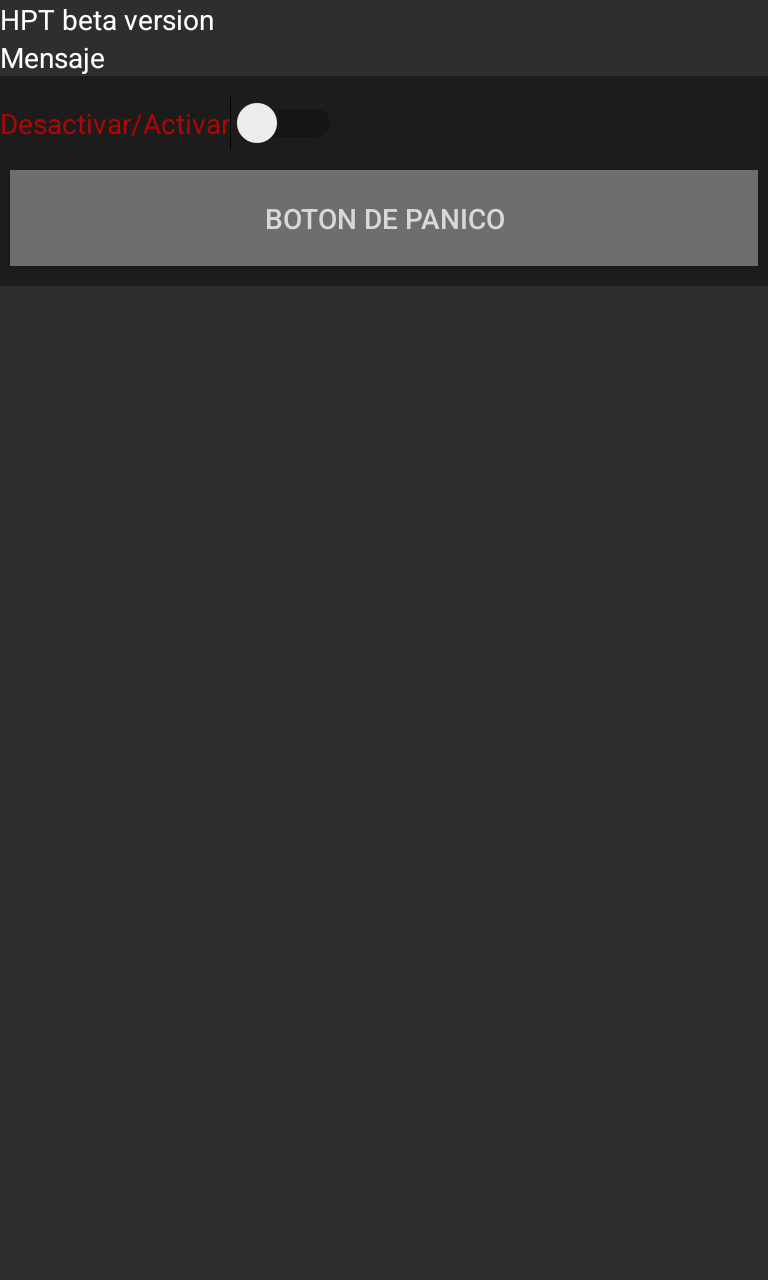
Repository: aludena18/android_apps
Layout: HunterPersonalTrack/res/layout/activity_main.xml
These files come from the project's save history. The layout is drawn as it stood at one moment and after the next save; the edit follows.
It is drawn on a 768 x 1280 px phone screen (xhdpi) without system bars, with theme AppTheme; the app's code is not run.

Above is the layout before, as saved 2015-10-16 19:54:40.

### HunterPersonalTrack/res/layout/activity_main.xml
<LinearLayout xmlns:android="http://schemas.android.com/apk/res/android"
    xmlns:tools="http://schemas.android.com/tools"
    android:layout_width="match_parent"
    android:layout_height="match_parent"
    android:orientation="vertical"
    android:background="#2E2E2E"
    tools:context="com.alg.hunterpersonaltrack.MainActivity" >

    <TextView
        android:layout_width="wrap_content"
        android:layout_height="wrap_content"
        android:textColor="#FFFFFF"
        android:text="@string/hello_world" />

    <TextView
        android:id="@+id/txvMensaje"
        android:layout_width="wrap_content"
        android:layout_height="wrap_content"
        android:textColor="#FFFFFF"
        android:text="@string/etqTxvMensaje" />

    <LinearLayout
        android:layout_width="match_parent"
        android:layout_height="wrap_content"
        android:orientation="vertical"
        android:background="#1C1C1C">

        <Switch
	        android:id="@+id/swtOnOff"
    	    android:layout_width="wrap_content"
        	android:layout_height="wrap_content"
        	android:layout_marginTop="10dp"
       		android:layout_marginBottom="10dp"
        	android:textColor="#B40404"
        	android:text="@string/etqSwtOnOff" />

	    <Button
    	    android:id="@+id/btnPanico"
        	android:layout_width="match_parent"
	        android:layout_height="wrap_content"
        	android:layout_marginLeft="5dp"
        	android:layout_marginRight="5dp"
        	android:layout_marginBottom="10dp"
        	android:background="#6E6E6E"
        	android:textColor="#D8D8D8"
        	android:text="@string/etqBtnPanico"/>

    </LinearLayout>



</LinearLayout>

### HunterPersonalTrack/res/values/strings.xml
<?xml version="1.0" encoding="utf-8"?>
<resources>

    <string name="app_name">Hunter Personal Track</string>
    <string name="hello_world">HPT beta version</string>
    <string name="action_settings">Settings</string>

    <string name="etqSwtOnOff">Desactivar/Activar</string>
    <string name="etqBtnPanico">Boton de Panico</string>
    <string name="etqTxvMensaje">Mensaje</string>

</resources>

Loaded but not shown: HunterPersonalTrack/res/values/styles.xml (common file); HunterPersonalTrack/res/values-v11/styles.xml (common file); HunterPersonalTrack/res/values-v14/styles.xml (common file)

After the next save:
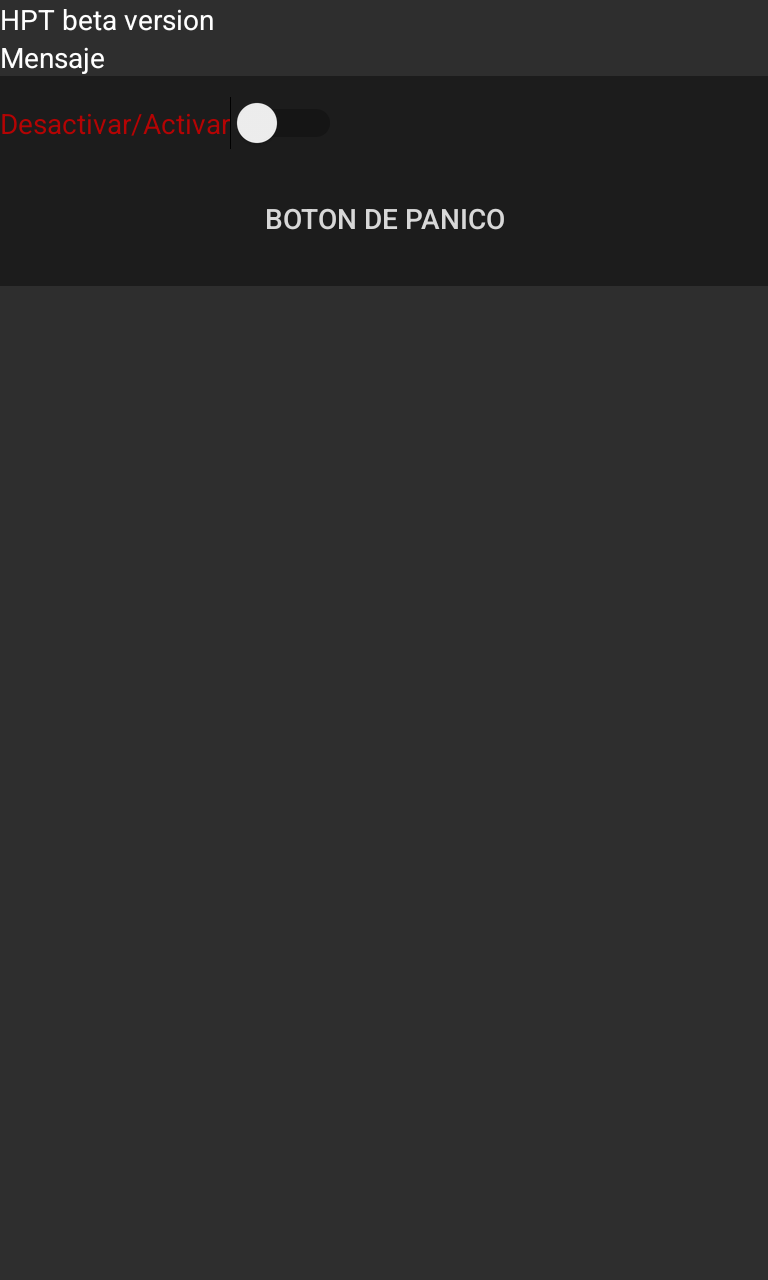
Saved 86 s later.
--- a/HunterPersonalTrack/res/layout/activity_main.xml
+++ b/HunterPersonalTrack/res/layout/activity_main.xml
@@ -41,7 +41,7 @@
         	android:layout_marginLeft="5dp"
         	android:layout_marginRight="5dp"
         	android:layout_marginBottom="10dp"
-        	android:background="#6E6E6E"
+        	android:background="585858"
         	android:textColor="#D8D8D8"
         	android:text="@string/etqBtnPanico"/>
 
